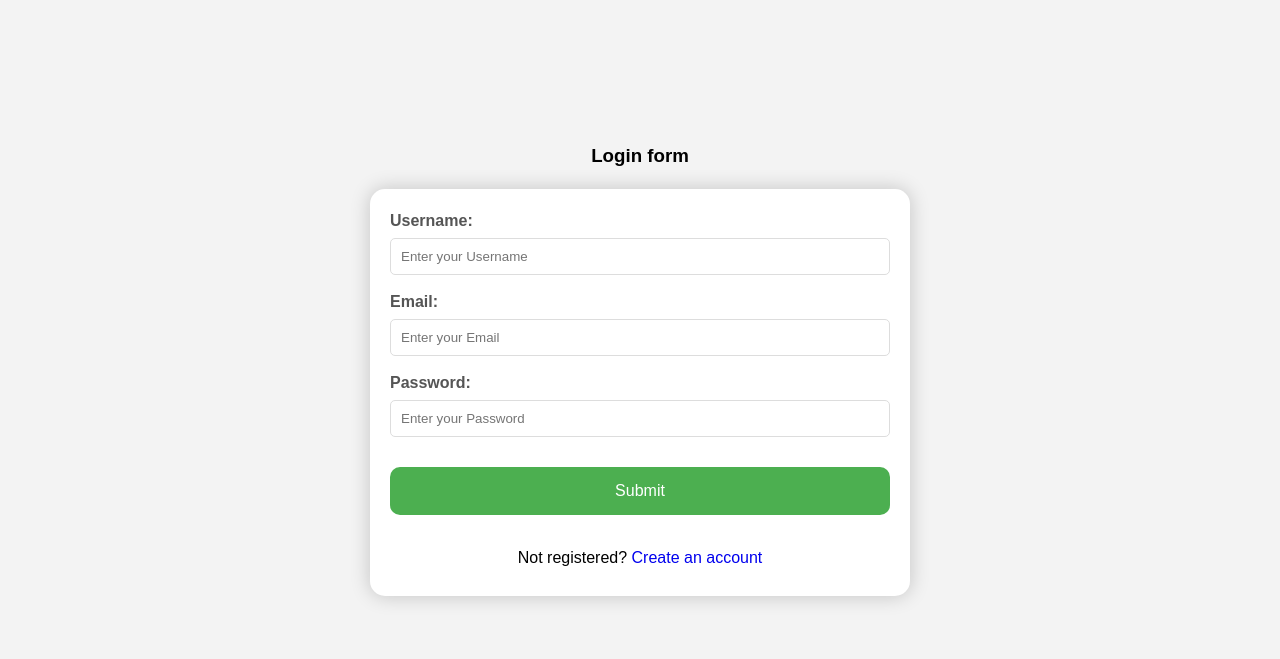
Repository: alizey12/Regestratin-Form-js
Page: signin.html
An editor plug-in stored every save of this project. The page is shown before and after the next save, followed by the edit.
The browser window is 1280 px wide. The pictures show the whole page.

Above is the page before, as saved 2024-11-29 19:01:29.

### signin.html
<!DOCTYPE html>
<html lang="en">
<head>
    <meta charset="UTF-8">
    <meta name="viewport" content="width=device-width, initial-scale=1.0">
    <link rel="stylesheet" href="signin.css">
    <title>Document</title>
</head>
<body>
    <h3>Login form</h3>
<div class="main">


    <form action="">
        <label for="first">
            Username:
        </label>
        <input type="text" id="first" name="first"
            placeholder="Enter your Username" required>

            <label for="first">
                Email:
            </label>
            <input type="email" id="first" name="email"
                placeholder="Enter your Email" required>

        <label for="password">
            Password:
        </label>
        <input type="password" id="password" name="password"
            placeholder="Enter your Password" required>

        <div class="wrap">
            <button type="submit">
                Submit
            </button>
        </div>
    </form>

    <p>Not registered?
        <a href="regester.html" style="text-decoration: none;">
            Create an account
        </a>
    </p>
</div>


</body>
</html>

### signin.css
/*style.css*/
body {
    display: flex;
    align-items: center;
    justify-content: center;
    font-family: sans-serif;
    line-height: 1.5;
    min-height: 100vh;
    background: #f3f3f3;
    flex-direction: column;
    margin: 0;
}

.main {
    background-color: #fff;
    border-radius: 15px;
    box-shadow: 0 0 20px rgba(0, 0, 0, 0.2);
    padding: 10px 20px;
    transition: transform 0.2s;
    width: 500px;
    text-align: center;
}

h1 {
    color: #4CAF50;
}

label {
    display: block;
    width: 100%;
    margin-top: 10px;
    margin-bottom: 5px;
    text-align: left;
    color: #555;
    font-weight: bold;
}

input {
    display: block;
    width: 100%;
    margin-bottom: 15px;
    padding: 10px;
    box-sizing: border-box;
    border: 1px solid #ddd;
    border-radius: 5px;
}

button {
    padding: 15px;
    border-radius: 10px;
    margin-top: 15px;
    margin-bottom: 15px;
    border: none;
    color: white;
    cursor: pointer;
    background-color: #4CAF50;
    width: 100%;
    font-size: 16px;
}

.wrap {
    display: flex;
    justify-content: center;
    align-items: center;
}

After the next save:
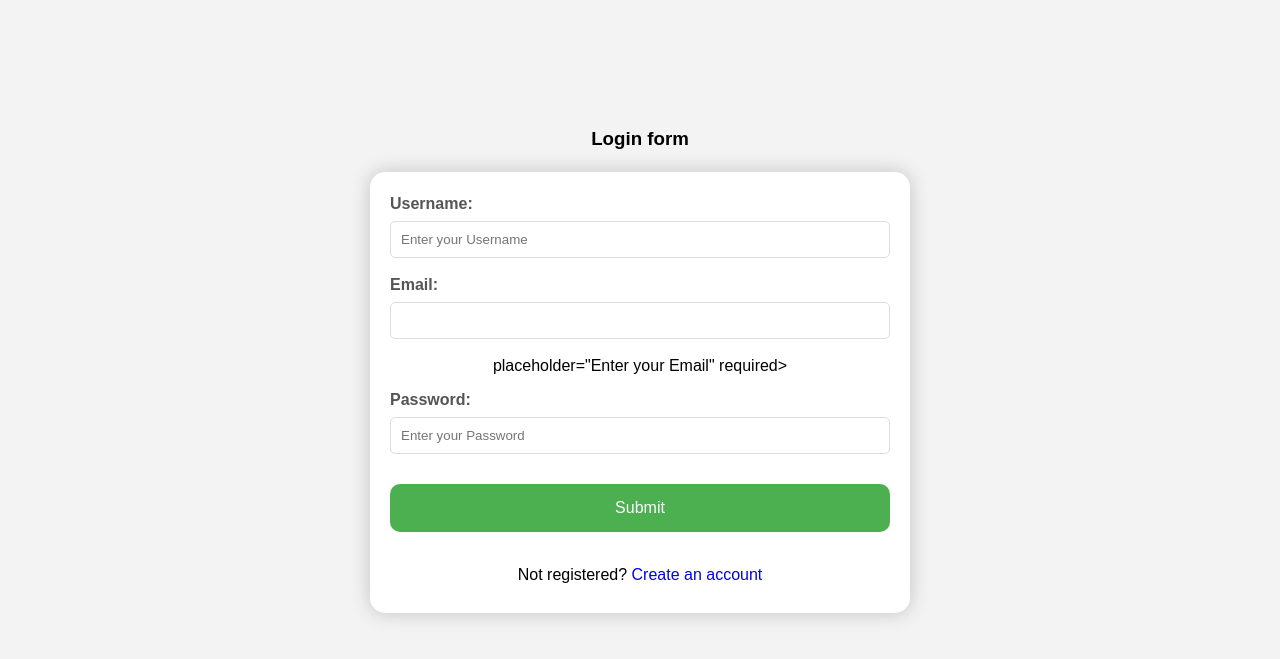
Saved 5 min 38 s later.
--- a/signin.html
+++ b/signin.html
@@ -21,7 +21,8 @@
             <label for="first">
                 Email:
             </label>
-            <input type="email" id="first" name="email"
+            <input type="email" id="first" name="email"  pattern="^[a-zA-Z0-9._%+-]+@[a-zA-Z0-9.-]+\.[a-zA-Z]{2,}$"
+            title="Enter a valid email address (e.g., user@example.com)">
                 placeholder="Enter your Email" required>
 
         <label for="password">
